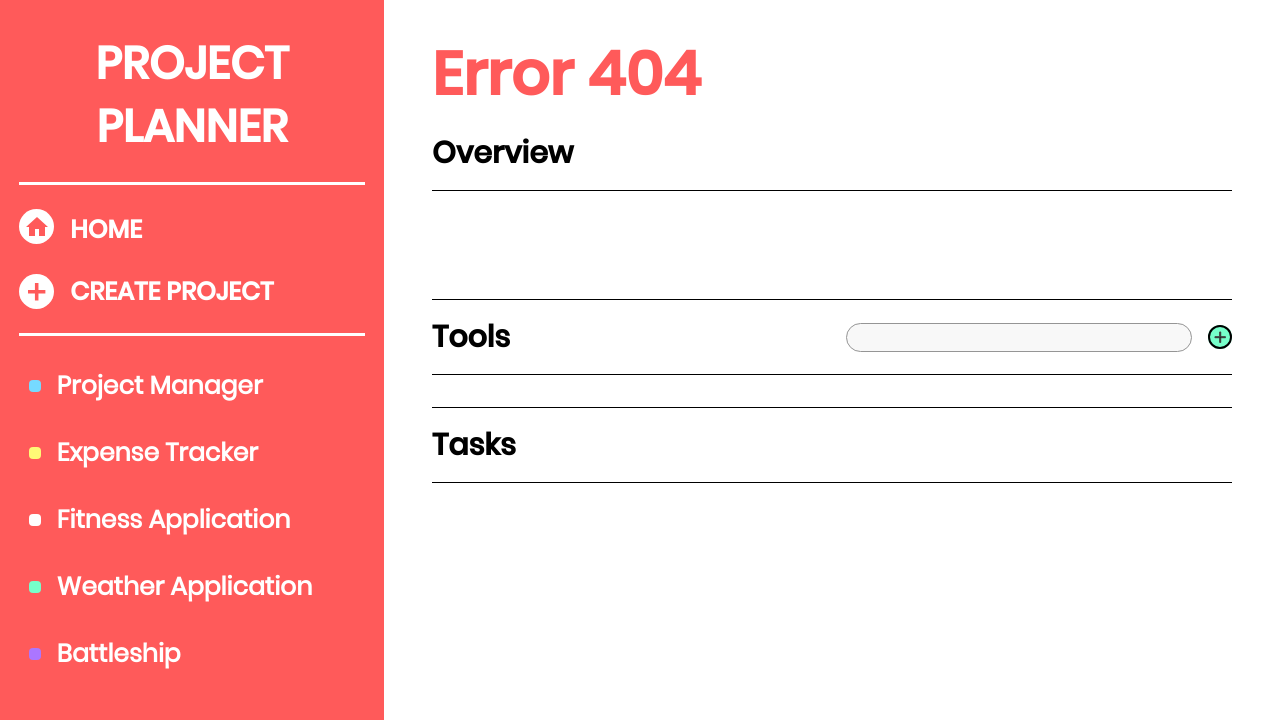
Repository: AzharMoosa/project-manager
Page: /project
These files come from the project's save history. The page is drawn as it stood at one moment and after the next save; the edit follows.
The browser window is 1280 px wide. The pictures show the whole page.
The project was rebuilt for these pictures with package versions that can differ from the ones it lists, and the page was loaded fresh each time. A package was used in the major version that the imports need, not the one package.json lists. Also part of the build but not shown: src/components/home/ProgressBar.js, src/components/home/ProjectProgress.js, src/components/home/Home.js, src/components/current-project/Task.js.

Above is the page before, as saved 2020-06-24 10:29:18.

### public/index.html
<!DOCTYPE html>
<html lang="en">
  <head>
    <meta charset="utf-8" />
    <link rel="icon" href="%PUBLIC_URL%/favicon.ico" />
    <meta name="viewport" content="width=device-width, initial-scale=1" />
    <meta name="theme-color" content="#000000" />
    <meta
      name="description"
      content="Web site created using create-react-app"
    />
    <link rel="apple-touch-icon" href="%PUBLIC_URL%/logo192.png" />

    <link rel="manifest" href="%PUBLIC_URL%/manifest.json" />

    <title>Project Planner</title>
  </head>
  <body>
    <noscript>You need to enable JavaScript to run this app.</noscript>
    <div id="root"></div>
  </body>
</html>

### src/App.js
import React from "react";
import Sidebar from "./components/sidebar/Siebar";
import Main from "./components/Main";
import Modal from "./components/modal/Modal";
import { ProjectProvider } from "./ProjectContext";
import { SelectedProjectProvider } from "./SelectedProjectContext";
import { BrowserRouter } from "react-router-dom";

import "./App.css";

function App() {
  return (
    <BrowserRouter>
      <ProjectProvider>
        <SelectedProjectProvider>
          <div className='container'>
            <Sidebar />
            <Main />
            <Modal />
          </div>
        </SelectedProjectProvider>
      </ProjectProvider>
    </BrowserRouter>
  );
}

export default App;

### src/components/sidebar/Siebar.js
import React from "react";
import Header from "./Header";
import ProjectList from "../project-list/ProjectList";

const Siebar = () => {
  return (
    <div className='sidebar'>
      <Header />
      <ProjectList />
    </div>
  );
};

export default Siebar;

### src/components/Main.js
import React from "react";
import { Switch, Route } from "react-router-dom";
import Home from "./home/Home";
import CurrentProject from "./current-project/CurrentProject";

const Main = () => {
  return (
    <Switch>
      <Route exact path='/' component={Home}></Route>
      <Route exact path='/project' component={CurrentProject}></Route>
    </Switch>
  );
};

export default Main;

### src/components/modal/Modal.js
import React, { useContext, useState } from "react";
import { ProjectContext } from "../../ProjectContext";

const Modal = () => {
  // eslint-disable-next-line
  const [projects, setProjects] = useContext(ProjectContext);
  const [projectTitle, setProjectTitle] = useState("");
  const [projectOverview, setProjectOverview] = useState("");

  const hidePopup = () => {
    let popup = document.querySelector(".create-project-popup");
    popup.classList.add("hide");
  };

  const createProject = (e) => {
    if (projectTitle === "") {
      return;
    }
    e.preventDefault();
    let newProject = {
      name: projectTitle,
      overview: projectOverview,
      tools: [],
      progress: 0,
      tasks: [],
      color: "white",
      date: "",
      id: Math.floor(Math.random() * 100),
    };
    setProjects((projects) => [...projects, newProject]);
    setProjectTitle("");
    setProjectOverview("");
    clearTitleInput();
    clearOverviewInput();
    hidePopup();
  };

  const clearTitleInput = () => {
    let titleInput = document.querySelector(".title-input");
    titleInput.value = "";
  };

  const clearOverviewInput = () => {
    let overviewInput = document.querySelector(".overview-input");
    overviewInput.value = "";
  };

  return (
    <div className='create-project-popup hide'>
      <div className='create-project-popup-content'>
        <h1>CREATE PROJECT</h1>
        <form className='form-input'>
          <label htmlFor='title'>PROJECT TITLE</label>
          <input
            type='text'
            onChange={(e) => setProjectTitle(e.target.value)}
            className='title-input'
          />
          <label htmlFor='title'>PROJECT OVERVIEW</label>
          <textarea
            type='text'
            onChange={(e) => setProjectOverview(e.target.value)}
            className='overview-input'
          />
          <button className='create-btn' onClick={createProject}>
            CREATE
          </button>
        </form>
      </div>
    </div>
  );
};

export default Modal;

### src/ProjectContext.js
import React, { useState, createContext } from "react";

export const ProjectContext = createContext();

export const ProjectProvider = (props) => {
  const [projects, setProjects] = useState([
    {
      name: "Project Manager",
      overview:
        "A project management application which allows you to plan personal projects and track its progress.  Create detail plans of projects before developing projects.",
      tools: ["HTML", "CSS", "JAVASCRIPT", "REACT"],
      progress: 60,
      tasks: [
        { task: "Create Project Plans", complete: true },
        { task: "Todo List for Each Project", complete: false },
        { task: "Track Progress", complete: true },
        { task: "Priority List", complete: true },
        { task: "Choose Tools In Each Project", complete: false },
        { task: "Clean And Simple Design", complete: true },
        { task: "Use REACT", complete: false },
      ],
      color: "blue",
      date: "26/06/2020",
      id: 28392,
    },

    {
      name: "Expense Tracker",
      overview:
        "A expense tracker application which allows you to budget and track your savings.  Track what expenses you have.",
      tools: ["HTML", "CSS", "JAVASCRIPT", "REACT"],
      progress: 40,
      tasks: [
        { task: "Expenses In And Out", complete: true },
        { task: "Current Balance", complete: false },
        { task: "Highest Money Out", complete: true },
        { task: "Clean And Simple Design", complete: true },
        { task: "Use REACT", complete: false },
      ],
      color: "yellow",
      date: "",
      id: 2032,
    },

    {
      name: "Fitness Application",
      overview:
        "A fitness application which can track workouts and meal plans. Plan exercise routines and meal plans all in one hub.",
      tools: [
        "HTML",
        "CSS",
        "JAVASCRIPT",
        "REACT",
        "NODEJS",
        "EXPRESS",
        "MONGODB",
      ],
      progress: 0,
      tasks: [
        { task: "Exercise Plan", complete: true },
        { task: "Diet Plan", complete: false },
        { task: "Clean And Simple Design", complete: true },
        { task: "Use REACT", complete: false },
      ],
      color: "white",
      date: "30/09/2020",
      id: 203234,
    },

    {
      name: "Weather Application",
      overview:
        "A weather application which can track weather and climate. See weather and climate for different locations all around the world.",
      tools: ["HTML", "CSS", "JAVASCRIPT", "REACT", "ADOBE XD"],
      progress: 30,
      tasks: [
        { task: "Weather", complete: true },
        { task: "Temp, Humidity, Pressure", complete: false },
        { task: "Clean And Simple Design", complete: true },
        { task: "Use REACT", complete: false },
      ],
      color: "green",
      date: "16/12/2020",
      id: 20327734,
    },

    {
      name: "Battleship",
      overview: "Battleship created in REACT and using Javascript Testing.",
      tools: ["HTML", "CSS", "JAVASCRIPT", "REACT", "ADOBE XD", "JEST"],
      progress: 100,
      tasks: [
        { task: "Battleship Game", complete: true },
        { task: "Using Testing", complete: false },
        { task: "Clean And Simple Design", complete: true },
        { task: "Use REACT", complete: false },
      ],
      color: "purple",
      date: "",
      id: 2027734,
    },
  ]);

  return (
    <ProjectContext.Provider value={[projects, setProjects]}>
      {props.children}
    </ProjectContext.Provider>
  );
};

### src/SelectedProjectContext.js
import React, { useState, createContext } from "react";

export const SelectedProjectContext = createContext();

export const SelectedProjectProvider = (props) => {
  const [selectedProject, setSelectedProject] = useState({
    name: "Error 404",
    overview: "Create a new project by using the button on the left.",
    tools: [],
    progress: 0,
    tasks: [],
    color: "",
    date: "",
    id: 21,
  });

  return (
    <SelectedProjectContext.Provider
      value={[selectedProject, setSelectedProject]}
    >
      {props.children}
    </SelectedProjectContext.Provider>
  );
};

### src/App.css
:root {
  --red: #ff5a5a;
  --green: #76ffca;
  --blue: #76daff;
  --yellow: #fffa76;
  --purple: #ab76ff;
}

/* CSS RESET */

* {
  margin: 0;
  padding: 0;
  box-sizing: border-box;
}

/* Fonts */

@font-face {
  font-family: "Poppins-Med";
  src: url("./fonts/Poppins-Medium.ttf");
}

@font-face {
  font-family: "Poppins-Reg";
  src: url("./fonts/Poppins-Regular.ttf");
}

/* Body */

body {
  font-family: "Poppins-Reg";
  line-height: 1.4;
}

/* Utilities */

/* Bullet Points */

.white:before,
.blue:before,
.yellow:before,
.green:before,
.purple:before {
  content: " ";
  height: 12px;
  width: 12px;
  margin-right: 1rem;
  border-radius: 4px;
}

.blue:before {
  background-color: var(--blue);
}

.yellow:before {
  background-color: var(--yellow);
}

.green:before {
  background-color: var(--green);
}

.purple:before {
  background-color: var(--purple);
}

.white:before {
  background-color: #fff;
}

/* Container */
.container {
  display: flex;
}

/* Sidebar */
.sidebar {
  width: 30vw;
  background-color: var(--red);
  min-height: 100vh;
  color: #fff;
}

.title {
  font-size: 45px;
  font-family: "Poppins-Med";
  text-align: center;
  padding-top: 2rem;
}

.nav-btns::after,
.nav-btns:before {
  content: " ";
  display: block;
  border-bottom: 3px solid #fff;
  width: 100%;
  margin: 1.5rem auto;
}

.nav-btns {
  width: 90%;
  margin: auto;
}

.home-btn,
.create-project-btn {
  display: flex;
  align-items: center;
  margin-top: 1.5rem;
}

.home-btn h3,
.create-project-btn h3 {
  margin-left: 1rem;
  font-family: "Poppins-Med";
  font-size: 25px;
}

.home-btn svg,
.create-project-btn svg {
  cursor: pointer;
}

/* Home */

.home {
  width: 70vw;
  display: flex;
  flex-direction: column;
}

.home-title {
  font-size: 80px;
  font-family: "Poppins-Med";
  color: var(--red);
  text-align: center;
  margin-top: 1rem;
}

.home-title:after {
  content: " ";
  display: block;
  border-bottom: 5px solid var(--red);
  width: 342px;
  margin: 0 auto 1.5rem auto;
}

/* Selected Project */

.selected-project {
  width: 70vw;
  display: flex;
  flex-direction: column;
  padding: 2rem 3rem;
}

.selected-project-title {
  color: var(--red);
  font-size: 60px;
  font-family: "Poppins-Med";
}

.selected-project h3 {
  font-size: 30px;
  font-family: "Poppins-Med";
  margin-top: 1rem;
}

.selected-project-heading:after,
.tools:before {
  content: " ";
  display: block;
  border-bottom: 1px solid #000;
  padding: 0.5rem 0;
}

.overview {
  color: #4e4e4e;
  font-size: 25px;
  font-family: "Poppins-Reg";
  padding: 0.5rem 0;
  outline: none;
  border: none;
  resize: none;
}

.tools-head {
  display: flex;
  justify-content: space-between;
  align-items: center;
  border-bottom: 1px solid #000;
  padding-bottom: 1rem;
}

.tools-input {
  margin-top: 1rem;
  display: flex;
  justify-content: center;
  align-items: center;
}

.add-tools {
  width: 346px;
  height: 29px;
  background-color: #f8f8f8;
  border: 1px solid #959595;
  border-radius: 15px;
  margin-right: 1rem;
  font-size: 15px;
  outline: none;
  padding: 0 1rem;
}

.add-tool-btn {
  cursor: pointer;
}

.tools-body {
  border-bottom: 1px solid #000;
}

.tools-body h3 {
  font-family: "Poppins-Reg";
  padding-bottom: 1rem;
  color: #4e4e4e;
  font-size: 25px;
}

.tasks-title {
  display: flex;
  align-items: center;
  border-bottom: 1px solid #000;
  padding-bottom: 1rem;
}

.bullet-point {
  border-radius: 50%;
  width: 41px;
  height: 41px;
  background: #fff;
  border: 3px solid #000;
  cursor: pointer;
  margin-right: 1rem;
}

.complete {
  background: var(--blue);
}

.task {
  display: flex;
  align-items: center;
}

.task h3 {
  font-size: 25px;
  font-family: "Poppins-Reg";
  margin-bottom: 1rem;
}

/* Project Sidebar List */

.project-side {
  width: 85%;
  margin: 2rem auto;
  display: flex;
  align-items: center;
  cursor: pointer;
}

.project-side h3 {
  font-size: 25px;
}

/* Progress Bar */
.progressbar {
  width: 90%;
  background-color: #fff;
  border: 2px solid #2f2f2f;
  border-radius: 17px;
  margin: 0 auto 2rem auto;
}

.progressbar > div {
  background-color: var(--green);
  height: 33px;
  border-radius: 17px;
}

.progressbar > div h3 {
  display: flex;
  justify-content: flex-end;
  align-items: center;
  line-height: 1.8;
  margin-right: 1rem;
}

/* Project List */

.project-title {
  width: 90%;
  margin: 1.2rem auto;
  display: flex;
  justify-content: space-between;
}

.project-title h3 {
  font-size: 25px;
  font-family: "Poppins-Med";
}

.project-title h4 {
  font-size: 20px;
  font-family: "Poppins-Reg";
  color: #505050;
}

/* Create Project Popup */

.hide {
  display: none !important;
}

.create-project-popup {
  display: flex;
  justify-content: center;
  align-items: center;
  position: fixed;
  z-index: 1;
  left: 0;
  top: 0;
  width: 100%;
  height: 100%;
  background-color: rgb(0, 0, 0);
  background-color: rgba(99, 99, 99, 0.6);
}

.create-project-popup-content {
  background-color: var(--red);
  padding: 20px;
  border: 3px solid #343434;
  min-width: 526px;
  min-height: 617px;
  color: #fff;
  -webkit-box-shadow: 10px 10px 6px 0px rgba(0, 0, 0, 0.75);
  -moz-box-shadow: 10px 10px 6px 0px rgba(0, 0, 0, 0.75);
  box-shadow: 10px 10px 6px 0px rgba(0, 0, 0, 0.75);
}

.create-project-popup-content h1 {
  text-align: center;
}

.create-project-popup-content h1:after {
  content: " ";
  display: block;
  border-bottom: 3px solid #fff;
  width: 250px;
  margin: 0 auto 1.5rem auto;
}

.form-input {
  width: 100%;
  display: flex;
  flex-direction: column;
  justify-content: center;
}

.form-input label {
  font-size: 25px;
  font-family: "Poppins-Med";
}

.form-input input {
  height: 46px;
  background-color: transparent;
  border: 2px solid #fff;
  outline: none;
  color: #fff;
  font-size: 21px;
  padding: 0 0.5rem;
  width: 100%;
  margin-bottom: 2rem;
}

.form-input textarea {
  height: 202px;
  background-color: transparent;
  border: 2px solid #fff;
  outline: none;
  color: #fff;
  font-size: 21px;
  padding: 0.5rem 0.5rem;
  width: 100%;
  margin-bottom: 2rem;
  font-family: "Poppins-Reg";
}

.create-btn {
  background-color: var(--green);
  width: 155px;
  height: 48px;
  border-radius: 24px;
  border: none;
  font-size: 22px;
  margin: 2rem auto 0 auto;
}

### src/components/sidebar/Header.js
import React from "react";
import { Link } from "react-router-dom";

const Header = () => {
  const displayPopup = () => {
    let popup = document.querySelector(".create-project-popup");
    popup.classList.remove("hide");
  };

  return (
    <div>
      <h1 className='title'>PROJECT PLANNER</h1>
      <div className='nav-btns'>
        <div className='home-btn'>
          <Link to='/'>
            <svg
              xmlns='http://www.w3.org/2000/svg'
              width='35'
              height='35'
              viewBox='0 0 35 35'
            >
              <g
                id='Home_Btn'
                data-name='Home Btn'
                transform='translate(-139 -182)'
              >
                <circle
                  id='Ellipse_1'
                  data-name='Ellipse 1'
                  cx='17.5'
                  cy='17.5'
                  r='17.5'
                  transform='translate(139 182)'
                  fill='#fff'
                />
                <path
                  id='icons8-home'
                  d='M12,2.1,1,12H4v9h6V14h4v7h6V12h3Z'
                  transform='translate(145 187.9)'
                  fill='#ff5a5a'
                />
              </g>
            </svg>
          </Link>
          <h3>HOME</h3>
        </div>

        <div className='create-project-btn'>
          <svg
            xmlns='http://www.w3.org/2000/svg'
            width='35'
            height='35'
            viewBox='0 0 35 35'
            onClick={displayPopup}
          >
            <g id='Group_6' data-name='Group 6' transform='translate(-50 -242)'>
              <circle
                id='Ellipse_2'
                data-name='Ellipse 2'
                cx='17.5'
                cy='17.5'
                r='17.5'
                transform='translate(50 242)'
                fill='#fff'
              />
              <path
                id='icons8-plus'
                d='M8.922,2V8.922H2v1.538H8.922v6.922h1.538V10.461h6.922V8.922H10.461V2Z'
                transform='translate(58 250)'
                fill='#ff5a5a'
                stroke='#ff5a5a'
                strokeWidth='2'
                fillRule='evenodd'
              />
            </g>
          </svg>
          <h3>CREATE PROJECT</h3>
        </div>
      </div>
    </div>
  );
};

export default Header;

### src/components/project-list/ProjectList.js
import React, { useContext } from "react";
import { ProjectContext } from "../../ProjectContext";
import ProjectSide from "./ProjectSide";

const ProjectList = () => {
  // eslint-disable-next-line
  const [projects, setProjects] = useContext(ProjectContext);

  return (
    <div>
      {projects.map((project) => (
        <ProjectSide
          name={project.name}
          color={project.color}
          key={project.id}
          project={project}
        />
      ))}
    </div>
  );
};

export default ProjectList;

### src/components/current-project/CurrentProject.js
import React, { useContext, useState } from "react";
import Task from "./Task";

import { SelectedProjectContext } from "../../SelectedProjectContext";

const CurrentProject = () => {
  // eslint-disable-next-line
  const [selectedProject, setSelectedProject] = useContext(
    SelectedProjectContext
  );

  const [overview, setOverview] = useState("");

  const modifyOverview = (e) => {
    setOverview(e.target.value);
  };

  return (
    <div className='selected-project'>
      <h1 className='selected-project-title'>{selectedProject.name}</h1>
      <h3 className='selected-project-heading'>Overview</h3>
      <textarea
        type='text'
        className='overview'
        value={overview}
        onChange={modifyOverview}
      />
      <div className='tools'>
        <div className='tools-head'>
          <h3>Tools</h3>
          <div className='tools-input'>
            <input type='text' className='add-tools' />
            <svg
              xmlns='http://www.w3.org/2000/svg'
              width='24'
              height='24'
              viewBox='0 0 24 24'
              className='add-tool-btn'
            >
              <g
                id='Add_Tool_Btn'
                data-name='Add Tool Btn'
                transform='translate(-49.866 -241.866)'
              >
                <g
                  id='Ellipse_2'
                  data-name='Ellipse 2'
                  transform='translate(49.866 241.866)'
                  fill='#76ffca'
                  stroke='#000'
                  strokeWidth='2'
                >
                  <circle cx='12' cy='12' r='12' stroke='none' />
                  <circle cx='12' cy='12' r='11' fill='none' />
                </g>
                <path
                  id='icons8-plus'
                  d='M6.72,2V6.72H2V7.769H6.72v4.72H7.769V7.769h4.72V6.72H7.769V2Z'
                  transform='translate(54.819 246.819)'
                  stroke='#404040'
                  strokeWidth='1'
                  fillRule='evenodd'
                />
              </g>
            </svg>
          </div>
        </div>
        <div className='tools-body'>
          <h3>{selectedProject.tools.join(" | ")}</h3>
        </div>
      </div>

      <h3 className='selected-project-heading'>Tasks</h3>

      <div className='tasks'>
        {selectedProject.tasks.map((task) => (
          <Task key={Math.random() * 100} task={task} />
        ))}
      </div>
    </div>
  );
};

export default CurrentProject;

### src/components/project-list/ProjectSide.js
import React, { useContext } from "react";
import { SelectedProjectContext } from "../../SelectedProjectContext";
import { Link } from "react-router-dom";

const Project = ({ name, color, project }) => {
  // eslint-disable-next-line
  const [selectedProject, setSelectedProject] = useContext(
    SelectedProjectContext
  );

  return (
    <Link to='/project' style={{ textDecoration: "none", color: "#fff" }}>
      <div className={`project-side ${color}`}>
        <h3
          onClick={() => {
            setSelectedProject(project);
          }}
        >
          {name}
        </h3>
      </div>
    </Link>
  );
};

export default Project;

Loaded but not shown: src/index.js (common file)

After the next save:
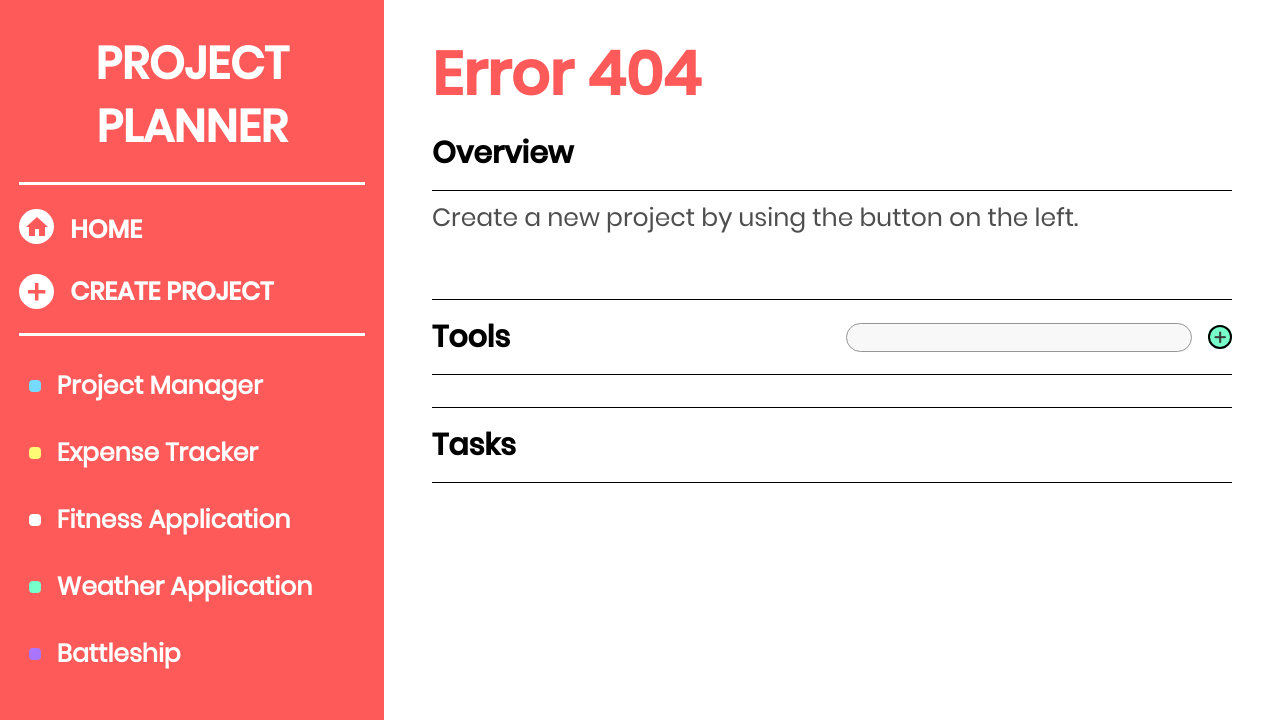
Saved 25 s later.
--- a/src/components/current-project/CurrentProject.js
+++ b/src/components/current-project/CurrentProject.js
@@ -9,7 +9,7 @@
     SelectedProjectContext
   );
 
-  const [overview, setOverview] = useState("");
+  const [overview, setOverview] = useState(selectedProject.overview);
 
   const modifyOverview = (e) => {
     setOverview(e.target.value);

After the save that followed:
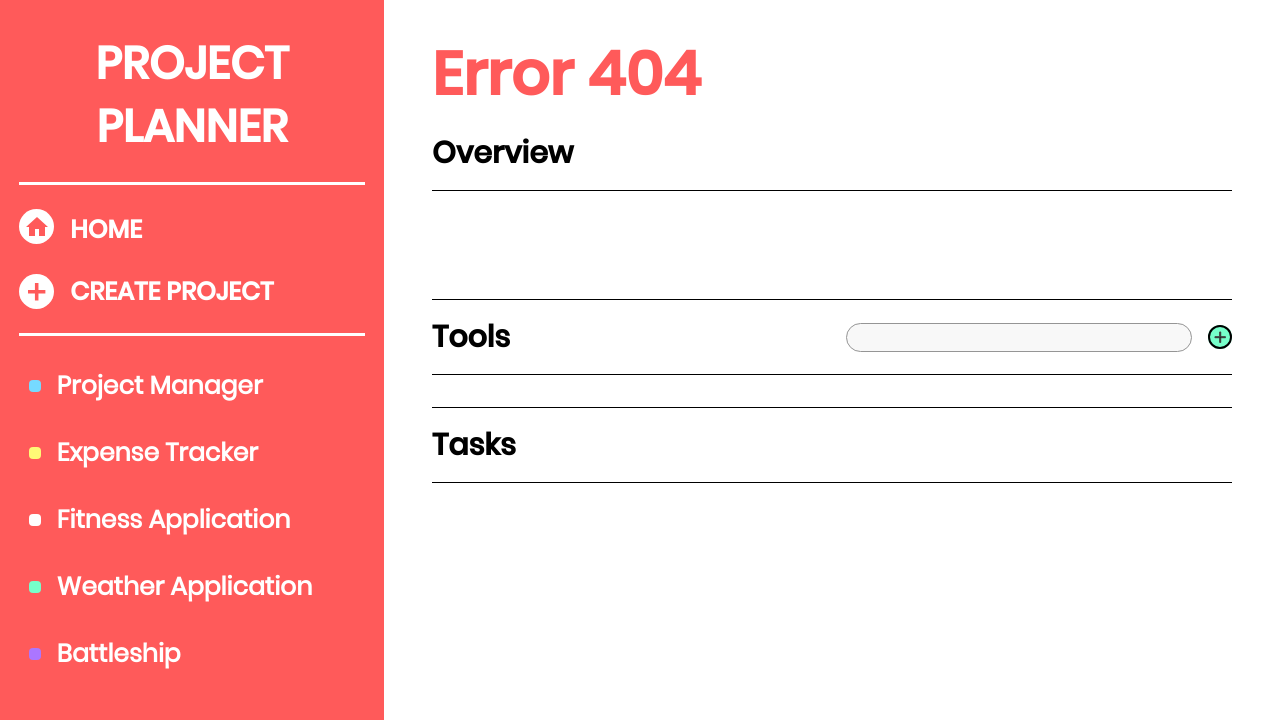
Saved 18 s later.
--- a/src/components/current-project/CurrentProject.js
+++ b/src/components/current-project/CurrentProject.js
@@ -9,7 +9,7 @@
     SelectedProjectContext
   );
 
-  const [overview, setOverview] = useState(selectedProject.overview);
+  const [overview, setOverview] = useState();
 
   const modifyOverview = (e) => {
     setOverview(e.target.value);
